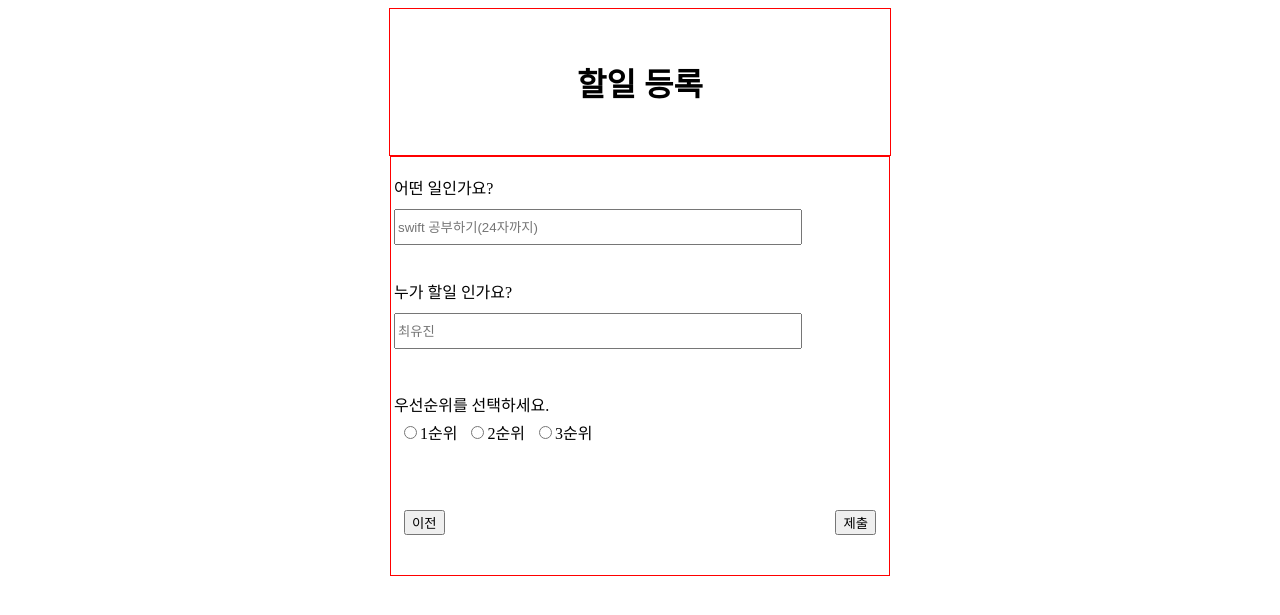
Repository: estellechoi/jsp-project-todo
Page: http://localhost/todo/jsp/form.jsp
An editor plug-in stored every save of this project. The page is shown before and after the next save, followed by the edit.
The browser window is 1280 px wide. The pictures show the whole page.
The page is served by Tomcat 9. Other server files are loaded and not shown.

Above is the page before, as saved 2019-12-08 07:13:15.

### todo/src/main/webapp/jsp/form.jsp
<%@ page language="java" contentType="text/html; charset=UTF-8"
    pageEncoding="UTF-8"%>
<!DOCTYPE html>
<html>
<head>
<meta charset="UTF-8">
<title>Insert title here</title>
<style>
	table, h1 {
		width: 500px;
		margin: auto;
		border: 1px solid red;
	}

	h1 {
		padding-top: 50px;
		padding-bottom: 50px;
		text-align: center;
	}

	.block_input {
		height: 100px;
	}

	.label {
		height: 30px;
	}

	input[type=text] {
		width: 400px;
		height: 30px;
		margin-top: 10px;
	}

	input[type=radio] {
		margin-left: 10px;
		boder: 1px solid red;
		margin-top: 10px;
	}

	input[type=button] {
		float: left;
		margin-left: 10px;
	}

	input[type=submit] {
		float: right;
		margin-right: 10px;
	}

	#btn_skyblue_white {
		background: #5085EB;
		color: white;
		padding: 5px 20px;
		text-decoration: none;
		font-size: 13px;
	}
</style>
</head>
<body>
	<h1>할일 등록</h1>
	<form action="TodoAddServlet" method="post">
		<table>
			<tr>
				<td class="block_input">
					<span class="label">어떤 일인가요?</span> <br />
					<input type="text" name="title" placeholder="swift 공부하기(24자까지)" maxlength="24" />
				</td>
			</tr>
			<tr>
				<td class="block_input">
					<span class="label">누가 할일 인가요?</span> <br />
					<input type="text" name="name" placeholder="최유진" />
				</td>
			</tr>
			<tr>
				<td class="block_input">
					<span class="label">우선순위를 선택하세요.</span> <br />
					<input type="radio" name="sequence" value="1" />1순위
					<input type="radio" name="sequence" value="2" />2순위
					<input type="radio" name="sequence" value="3" />3순위
				</td>
			</tr>
			<tr>
				<td class="block_input">
					<input class="btn_skyblue_white" type="button" value="이전" />
					<input class="btn_skyblue_white" type="submit" value="제출" />
				</td>
			</tr>
		</table>
	</form>
</body>
</html>

After the next save:
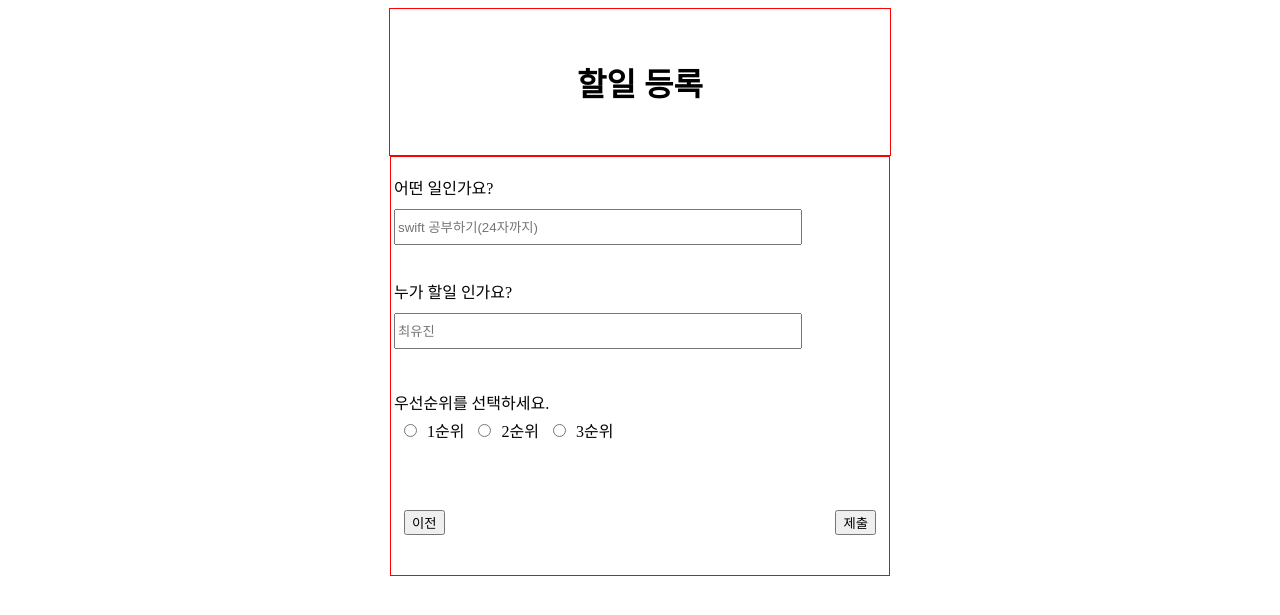
Saved 35 s later.
--- a/todo/src/main/webapp/jsp/form.jsp
+++ b/todo/src/main/webapp/jsp/form.jsp
@@ -33,9 +33,7 @@
 	}
 
 	input[type=radio] {
-		margin-left: 10px;
-		boder: 1px solid red;
-		margin-top: 10px;
+		margin: 10px;
 	}
 
 	input[type=button] {
